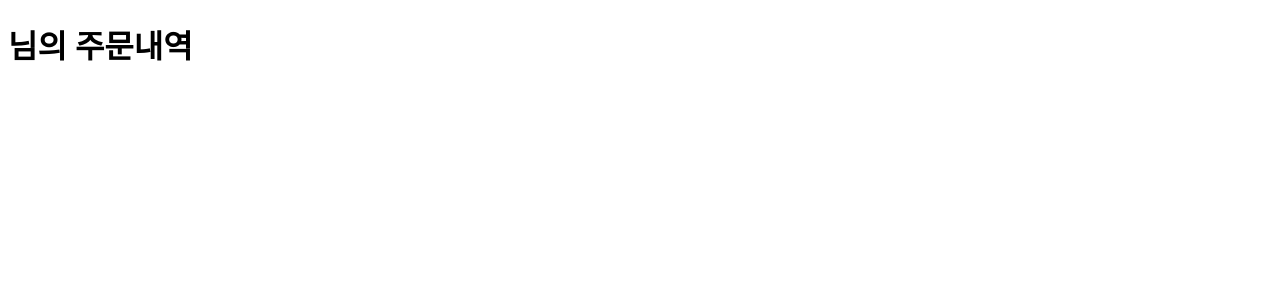
Repository: gajami-kim/240430_JSPJSTL_Study
Page: http://localhost/jstl_study/step-7.jsp
An editor plug-in stored every save of this project. The page is shown before and after the next save, followed by the edit.
The browser window is 1280 px wide. The pictures show the whole page.
The page is served by Tomcat 9. Other server files are loaded and not shown.

Above is the page before, as saved 2024-04-11 05:41:47.

### _jspl_workspace/jstl_study/src/main/webapp/step-7.jsp
<%@ page language="java" contentType="text/html; charset=UTF-8"
    pageEncoding="UTF-8"%>
    <%@ taglib uri="http://java.sun.com/jsp/jstl/core" prefix="c"%>
    <%
    //post 방식의 한글처리
    request.setCharacterEncoding("utf-8");
    %>
<!DOCTYPE html>
<html>
<head>
<meta charset="UTF-8">
<title>Insert title here</title>
</head>
<body>
	<h1>${param.customer }님의 주문내역</h1>
	<h3>
		<c:forEach items="${paramValues.burger }" var="order" varStatus="i">
			주문내역 ${i.count } : ${order } <br>
		</c:forEach>
	</h3>

</body>
</html>

After the next save:
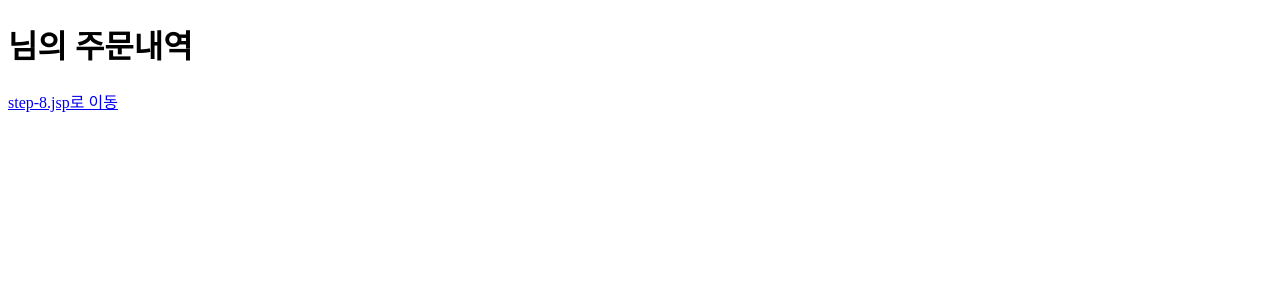
Saved 87 s later.
--- a/_jspl_workspace/jstl_study/src/main/webapp/step-7.jsp
+++ b/_jspl_workspace/jstl_study/src/main/webapp/step-7.jsp
@@ -19,5 +19,6 @@
 		</c:forEach>
 	</h3>
 
+	<a href="step-8.jsp">step-8.jsp로 이동</a>
 </body>
 </html>
